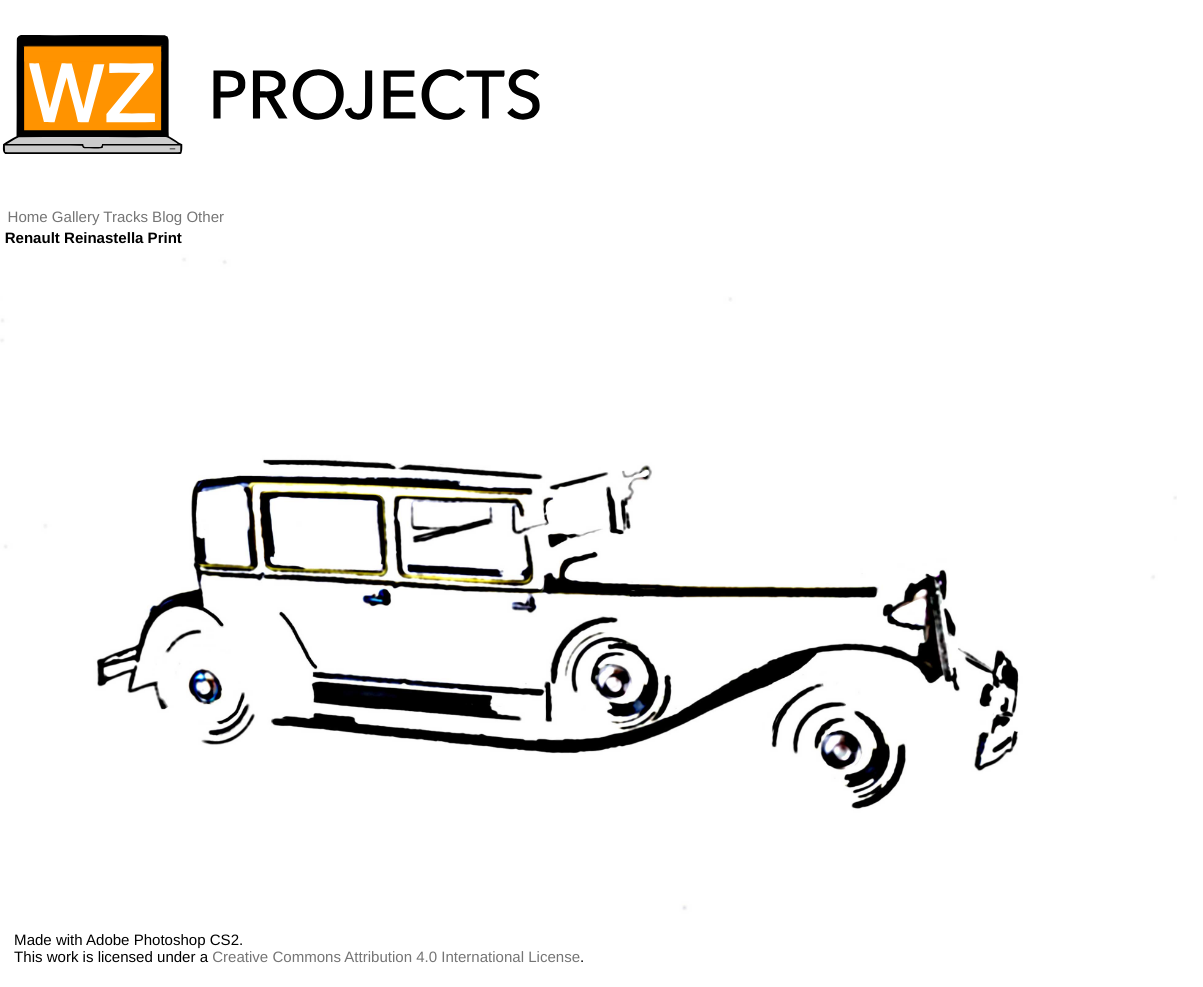
Repository: willzhang05/willzhang05.github.io-old
Page: gallery.html
The author's editor kept a record of every edit. The page is drawn from the files as they stood at one moment, then again after the next edit.
The browser window is 1280 px wide. The pictures show the part of the page from y = 0 to 1050 px (the page is 1632 px tall before and 1572 px after), at 94% of full size.
Pictures or frames that could not be fetched are drawn as grey boxes.

Above is the page before.

### gallery.html
<!DOCTYPE html>
<html>
	<script type="text/javascript">
	</script>
	<head>
		<meta property="og:image" content="images/WZProjectslogo-vector.svg"/>
		<meta property="og:image:secure_url" content="images/WZProjectslogo-vector.svg"/>
		<meta charset="UTF-8">
		<meta name="description" content="William Zhang Projects">
		<meta name="author" content="William Zhang">

		<link rel="icon" type="image/png" href="https://www.blogger.com/favicon-image.g?blogID=6274754737357801226">
		<link rel="stylesheet" href="main-style.css">
		<link rel="import" href="bower_components/polymer/polymer.html">
		<link rel="import" href="bower_components/paper-ripple/paper-ripple.html">
		<link rel="import" href="bower_components/core-icons/core-icons.html">
		<link rel="import" href="bower_components/font-roboto/roboto.html">
		<link rel="import" href="bower_components/paper-menu-button/paper-menu-button.html">
		<link rel="import" href="bower_components/paper-dropdown/paper-dropdown.html">
		<link rel="import" href="bower_components/paper-elements/paper-elements.html">
		<link rel="import" href="bower_components/core-menu/core-menu.html">
		<link rel="import" href="bower_components/core-dropdown-menu/core-dropdown-menu.html">
		<link rel="import" href="bower_components/paper-shadow/paper-shadow.html">
	</head>
	<title>Gallery - WZProjects</title>
	<body>
		<div class="header">
				<a href="http://willzhang05.github.io">
					<div class="logo">
						<img src="images/WZProjectslogo-vector.svg" width="640" height="200" alt="WZProjects"/>
					</div>
				</a>
		</div>
		<br/>
		<paper-shadow z="1">
			<div class="topbanner">
				<paper-menu-button>
					<paper-icon-button style="margin:4px;" icon="menu" role="button" tabindex="0" aria-label="menu">
							<paper-ripple></paper-ripple>
					</paper-icon-button>
					<paper-dropdown class="dropdown">
							<paper-item>
								<a class="links" href="http://willzhang05.github.io">
									Home
								</a>
							</paper-item>
							<paper-item>
								<a class="links" href="gallery.html">
									Gallery
								</a>
							</paper-item>
							<paper-item>
								<a class="links" href="tracks.html">
									Tracks
								</a>
							</paper-item>
							<paper-item>
								<a class="links" href="http://thewiztechblog.blogspot.com/">
									Blog
								</a>
							</paper-item>
							<paper-item>
								<a class="links" href="other.html">
									Other
								</a>
							</paper-item>
					</paper-dropdown>
				</paper-menu-button>
			</div>
		</paper-shadow>
		<!--<paper-shadow class="shadow" z="0" animated>-->
		<paper-shadow z="1">
			<div class="content">
				<h1>Renault Reinastella Print</h1>
				<div class="image">
					<img src="images/renault-reinastella-print-optimized.jpg" width="97.8%" height="55%" alt="Renault Reinastella Print"/>
				</div>
				<div style="padding:15px;">
					<span>
						Made with Adobe Photoshop CS2.
						<br />
						This work is licensed under a
						<a class="source" rel="license" href="http://creativecommons.org/licenses/by/4.0/" target="_blank">Creative Commons Attribution 4.0 International License</a>.
					</span>
				</div>
			</div>
		</paper-shadow>
		<paper-shadow z="1">
			<div class="content">
		        <h1 style="padding:15px;">My Flickr Photostream</h1>
		        <div style="text-align:center; padding:10px;">
		        	<iframe src="https://www.flickr.com/photos/126785613@N04/15964545350/player/" width="64%" height="360px" frameborder="0" allowfullscreen webkitallowfullscreen mozallowfullscreen oallowfullscreen msallowfullscreen>
		        	</iframe>
	            </div>
	        </div>
		</paper-shadow>
		<div class="footer">
			<div class="categories">
				<paper-shadow z="1">
					<paper-item style="width:20%; float:left; text-align:center;">
						<a class="links" href="http://willzhang05.github.io">
							Home
						</a>
					</paper-item>
					<paper-item style="width:20%; float:left; text-align:center;">
						<a class="links" href="gallery.html">
							Gallery
						</a>
					</paper-item>
					<paper-item style="width:20%; float:left; text-align:center;">
						<a class="links" href="tracks.html">
							Tracks
						</a>
					</paper-item>
					<paper-item style="width:20%; float:left; text-align:center;">
						<a class="links" href="http://thewiztechblog.blogspot.com">
							Blog
						</a>
					</paper-item>
					<paper-item style="width:20%; float:left; text-align:center;">
						<a class="links" href="other.html">
							Other
						</a>
					</paper-item>
				</paper-shadow>
			</div>
			<paper-shadow z="1">
				<div class="attribution">
					<br/>
					<span style="margin-left:15px; display:inline-block;">
						Polymer Web Components used under the
						<a class="source" href="http://polymer.github.io/LICENSE.txt" target="_blank">BSD license.</a>
						Material Design components available here:
						<a class="source" href="http://www.polymer-project.org/" target="_blank">Polymer Project.</a>
					</span>
				</div>
			</paper-shadow>
		</div>
	</body>
</html>

### main-style.css
/*http://meyerweb.com/eric/tools/css/reset/*/

html, body, div, span, applet, object, iframe,
h2, h3, h4, h5, h6, p, blockquote, pre,
a, abbr, acronym, address, big, cite, code,
del, dfn, em, img, ins, kbd, q, s, samp,
small, strike, strong, sub, sup, tt, var,
b, u, i, center,
dl, dt, dd, ol, ul, li,
fieldset, form, label, legend,
table, caption, tbody, tfoot, thead, tr, th, td,
article, aside, canvas, details, embed,
figure, figcaption, footer, header, hgroup,
menu, nav, output, ruby, section, summary,
time, mark, audio, video {
    margin: 0;
    padding: 0;
    border: 0;
    font-size: 100%;
    font: inherit;
    vertical-align: baseline;
}

body {
	width: 100%;
	font-family: RobotoDraft, Helvetica Neue, Helvetica, sans-serif;
	overflow-x: hidden;
	-webkit-user-select: none;
    -moz-user-select: none;
    -ms-user-select: none;
    user-select: none;
    -webkit-tap-highlight-color: rgba(0,0,0,0);
    -webkit-touch-callout: none;
}

a {
	color: #757575;
	text-decoration: none;
	-webkit-transition: all 0.2s ease;
  	-moz-transition: all 0.2s ease;
  	-ms-transition: all 0.2s ease;
  	-o-transition: all 0.2s ease;
   	transition: all 0.2s ease;
}

.links:hover {
	color: black;
	font-weight: bold;
}

.source:hover {
	color: black;
	text-decoration: underline;
}

h1 {
	font-size: 16px;
	margin: 5px;
}

#wrapper {
	min-height: 100%;
	position: relative;
    z-index: 10;
    top: 0;
    left: 0;
    -webkit-transition: all 0.3s;
    -moz-transition: all 0.3s;
    -ms-transition: all 0.3s;
    -o-transition: all 0.3s;
    transition: all 0.3s;
}

#header-wrapper {
	height:268px;
	/*background:linear-gradient(#FF6D00, rgb(57,117,215));*/
}

#header-banner {
	width: 100%;
	height: 220px;
	float: left;
	clear: both;
	background-color: rgb(57,117,215);
}

#header-navbar {
	width: 100%;
	height: 48px;
	clear: both;
	background-color:#D4D4D4 /*#1976D2*/;
	/*-webkit-box-shadow: 0 0 6px rgba(0,0,0,0.1);
	box-shadow: 0 0 6px rgba(0,0,0,0.1);*/
}

.sidebar {
	height: 500px;
	float: left;
	margin-bottom: 0px;
	background-color: #EEEEEE;
	/*-webkit-box-shadow: 0 0 6px rgba(0,0,0,0.1);
	box-shadow: 0 0 6px rgba(0,0,0,0.1);*/
	overflow-y: auto;
	position: relative;
}

/*begin menu testing*/

.mask {
    position: fixed;
    top: 0;
    left: 0;
    z-index: 15;
    width: 100%;
    height: 100%;
}

nav.slideLeft {
    top: 0;
    width: 300px;
    height: 100%;
}

nav.slideLeft {
    left: -300px;
}

/*body.sml-open nav.slideLeft {
    left: 0;
}
*/
/*end menu testing*/

#content {
	overflow: hidden;
	padding-top: 10px;
   	padding-bottom: 148px;
}

.card {
	cursor: pointer;
	width: 50%;
	margin-top: 2%;
	margin-bottom: 2%;
	margin-left: 25%;
	float: left;
	background-color: #EEEEEE;
	-webkit-box-shadow: 0 0 6px rgba(0,0,0,0.1);
	box-shadow: 0 0 6px rgba(0,0,0,0.1);
	-webkit-transition: all 0.3s ease;
  	-moz-transition: all 0.3s ease;
  	-ms-transition: all 0.3s ease;
  	-o-transition: all 0.3s ease;
   	transition: all 0.3s ease;

}

.card > h1 {
	padding: 15px;
}

.card:hover {
	box-shadow: 0 2px 10px 0 rgba(0, 0, 0, 0.16), 0 2px 5px 0 rgba(0, 0, 0, 0.26);
}

.card:active {
	margin-top: 1.75%;
	margin-bottom: 2.25%;
}

.card .description {
	padding: 15px;
}

.card .image, .video, .music {
	padding-left: 17.5%;
	padding-right: 17.5%;
	border:none;
}

#footer {
	width: 100%;
	height: 148px;
	clear: both;
	bottom: 0;
	left: 0;
}

.categories {
	width: 100%;
	height: 48px;
	overflow: hidden;
	background-color: #D4D4D4;
	/*-webkit-box-shadow: 0 0 6px rgba(0,0,0,0.1);
	box-shadow: 0 0 6px rgba(0,0,0,0.1);*/
	/*position:fixed;
	top:95%;*/
}

.attribution {
	width: 100%;
	height: 100px;
	background-color: #424242; /*Meaning of life 3x*/
	color: #EEEEEE;
	text-align: center;
}

.test {
	color: black;
	/*Test ideas here*/
}

After the next edit:
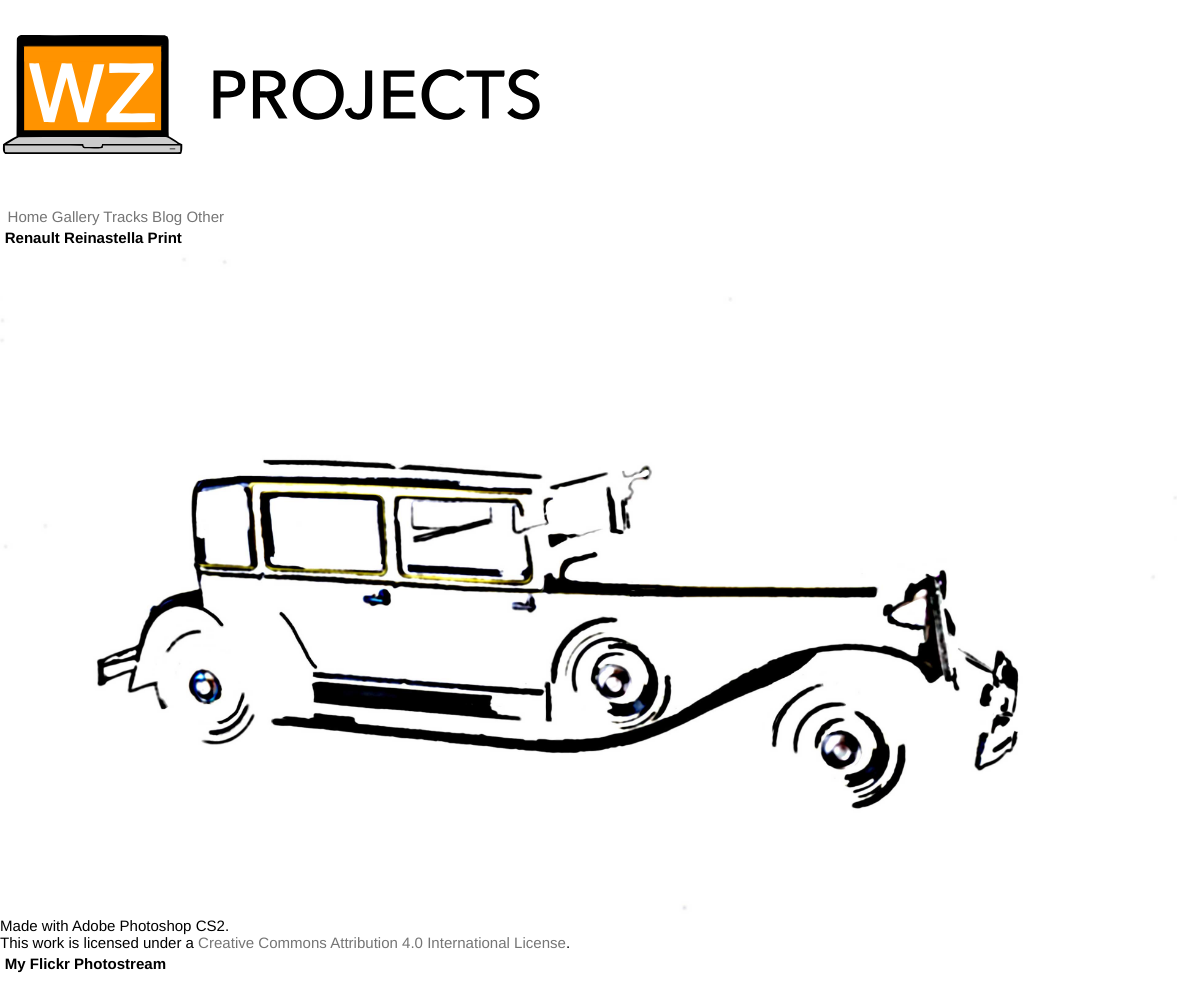
The edit:
--- a/gallery.html
+++ b/gallery.html
@@ -75,7 +75,7 @@
 				<div class="image">
 					<img src="images/renault-reinastella-print-optimized.jpg" width="97.8%" height="55%" alt="Renault Reinastella Print"/>
 				</div>
-				<div style="padding:15px;">
+				<div class="description">
 					<span>
 						Made with Adobe Photoshop CS2.
 						<br />
@@ -87,7 +87,7 @@
 		</paper-shadow>
 		<paper-shadow z="1">
 			<div class="content">
-		        <h1 style="padding:15px;">My Flickr Photostream</h1>
+		        <h1>My Flickr Photostream</h1>
 		        <div style="text-align:center; padding:10px;">
 		        	<iframe src="https://www.flickr.com/photos/126785613@N04/15964545350/player/" width="64%" height="360px" frameborder="0" allowfullscreen webkitallowfullscreen mozallowfullscreen oallowfullscreen msallowfullscreen>
 		        	</iframe>
